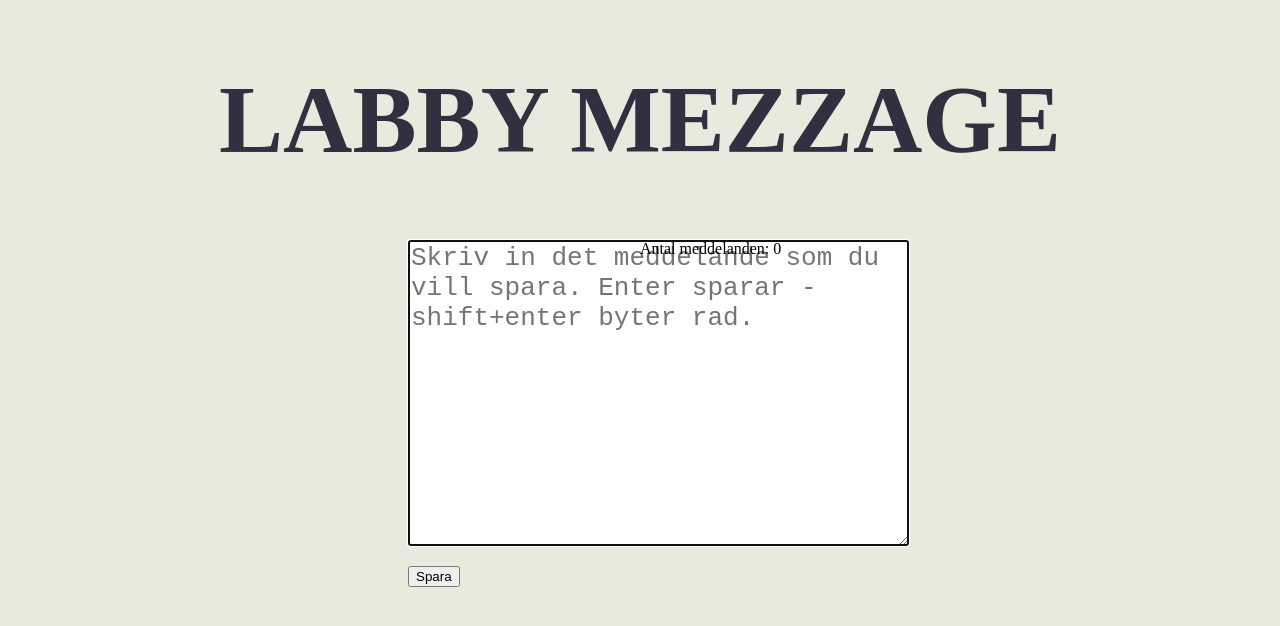
Repository: em222mt/1dv403-laborationer
Page: 2-labbymezzage/Index.html
The author's editor kept a record of every edit. The page is drawn from the files as they stood at one moment, then again after the next edit.
The browser window is 1280 px wide. The pictures show the whole page.

Above is the page before.

### 2-labbymezzage/Index.html
<!DOCTYPE html>
<html lang="sv">
<head>
	<meta charset="UTF-8" />
 	<title>Labby Mezzage</title>
    <link rel="stylesheet" href="css/style.css">
</head>
    <body>
        <header>
            <h1>LABBY MEZZAGE</h1>
        </header>

        <main>
            <div id="container">
                <section id="mainsection">
            		<form action="post" name="form">
                        <textarea id="formtext" cols="30" rows="10"></textarea>
                        <p id="value"></p>
                        <input id="send" type="button" value="Spara" />
                    </form>
                </section>
            </div>

            <div id="container2">
                <aside id="messagearea">

                </aside>
            </div>
            <div id="counterDiv">
                <p id="counter"></p>
            </div>
        </main>

    	<script src="js/Message.js"></script>
    	<script src="js/MessageBoard.js"></script>

    </body>
</html>

### 2-labbymezzage/css/style.css
/*Layout*/

article, aside, details, figcaption, figure,
footer, header, hgroup, main, menu, nav{

    background-color: #E8EADD;
}

/*Container*/

h1 {
    font-weight: bold;
    text-align: center;
    color: #332F40;
    font-size: 6em;
    font-family: Comic Sans, Comic Sans MS, cursive;
    text-decoration: uppercase;
}

body{
    background-color: #E8EADD;
}

#messagearea {
    float: left;
    background-color: white;
    width: 450px;
    min-height: 300px auto;

}

form{
    max-width: 50%;
}
#mainsection{
    max-width: 50%;
    margin: 0px 0px 0px 400px;
}
#container{
    float: left;
    width: 50%;
    height: 100%;
}
#container2{
    float: left;
    width: 50%;
}

#formtext{
    font-size: 2em;
}

.messageContainer{
    width: 98%;
    float: left;
    background-color: #A8C4B4;
    border: 1px solid black;
    margin: 3px 3px 3px 3px;
}

.textContainer{
    width: 85%;
    float: left;
    font-size: 1.2em;
}

.time{
    text-indent: 13px;
}

.detailsContainer{
    width: 15%;
    float: left;
    text-indent: 8px;
    font-size: 0.8em;
    margin-top: 10px;
}
.input{
    max-width: 85%;
    word-break: break-all;
    margin-left: 10px;
}

img{
    margin-right: 5px;
}

#count{

}

### 2-labbymezzage/js/Message.js
'use strict';
// Konstruktorfunktion för att skapa ett meddelandeobjekt.
function Message(message, date){

    this.getText = function(){
        return message;
    };

    this.setText = function(_text){
        message = _text;
    };

    this.getDate = function(){
        return date;
    };

    this.setDate = function(_date){
        date = _date;
    };
}
// Hämtar texten och ersätter </br> med \n.
Message.prototype.getHTMLText = function(){
    return this.getText().replace(/[\n\r]/g, "</br>");
};
// Hämtar tiden då ett meddelande skrevs...
Message.prototype.getDateText = function(){
    var now = this.getDate();
    var seconds = now.getSeconds();
    var minutes = now.getMinutes();
    var hours = now.getHours();
    //...och returnerar en formaterad sträng då sekunder och minuter är mindre än 10.
    return hours + ":" + (minutes < 10 ? '0' : '') + minutes + ":" + (seconds < 10 ? '0' : '') + seconds;

};
// Hämtar en tidsstämpel med datum och tid.
Message.prototype.getTimeDetails = function(){
    var date = this.getDate();
    var day = date.getDate();
    var month = date.getMonth();
    var year = date.getFullYear();

    return "Postat den " + year + "/" + (month + 1) + "/" + day + " " + this.getDateText();
};

### 2-labbymezzage/js/MessageBoard.js
'use strict';

var MessageBoard = {
    // Variabel för meddelanden
    messages: [],

    init: function(){
        // Anropar count och sätter räknaren till 0.
        MessageBoard.countMessages();
        // Förklarar sidan funktion för användaren.
        var textBox = document.getElementById("formtext");
        textBox.placeholder = "Skriv in det meddelande som du vill spara. Enter sparar - shift+enter byter rad.";
        // Skapar ett meddelande då Sparaknappen klickas.
        var submit = document.getElementById("send");
        submit.onclick = MessageBoard.createMessage;
        // Sätter en blinkande markör i textarean
        textBox.focus();
        // Skapar ett meddelande då entertangenten trycks.
        textBox.onkeypress = function(e){
		if(!e){ e=window.event; }
		    if(e.keyCode == 13 && !e.shiftKey){
		        e.preventDefault();
		        MessageBoard.createMessage();
		    }
        };
    },
    // Skapar ett meddelande om inte rutan är tom.
    createMessage: function(){
        if (document.getElementById("formtext").value === "") {
            return false;
        }
        var input = document.getElementById("formtext");
        MessageBoard.messages.push( new Message(input.value, new Date()) );
        MessageBoard.renderMessages();
    },

    // Rendera alla meddelanden
    renderMessages: function(){
        //Tar bort alla meddelanden och skriver ut dom igen.
        document.getElementById("messagearea").innerHTML = "";
        for (var i = 0; i < MessageBoard.messages.length; ++i){
        MessageBoard.renderMessage(i);
        }
        //Tömmer meddelanderutan och sätter en blinkande markör.
        document.form.formtext.value = "";
        document.form.formtext.focus();
    },
    // Skriver ut ett meddelande och skapar en struktur för style.css.
    renderMessage: function(messageID){

        var input = document.createElement("p");
        input.className = "input";
        input.innerHTML = MessageBoard.messages[messageID].getHTMLText();

        var textContainer = document.createElement("div");
        textContainer.className = ("textContainer");
        textContainer.appendChild(input);

        var time = document.createElement("p");
        time.className = "time";
        time.innerHTML = MessageBoard.messages[messageID].getDateText();

		var imageClock = document.createElement("a");
		imageClock.setAttribute("href", "#");
		imageClock.innerHTML = '<img src="pics/clock.png" title="Se när meddelandet skapades." alt="Clock" width="24px" height="24px" />';

		var imageRemove = document.createElement("a");
		imageRemove.setAttribute("href", "#");
		imageRemove.innerHTML = '<img src="pics/delete.png" title="Ta bort det här meddelandet." alt="Delete" width="24px" height="24px" />';

        var detailsContainer = document.createElement("div");
        detailsContainer.className = "detailsContainer";
		detailsContainer.appendChild(imageClock);
		detailsContainer.appendChild(imageRemove);
		detailsContainer.appendChild(time);

        var messageContainer = document.createElement("div");
        messageContainer.className = "messageContainer";
        messageContainer.appendChild(textContainer);
        messageContainer.appendChild(detailsContainer);

		var container = document.getElementById("messagearea");
		container.appendChild(messageContainer);

		MessageBoard.countMessages();

		// Gör bilderna klickbara.
		imageRemove.onclick = function(){
		    if (window.confirm("Vill du ta bort detta meddelande?")){
		    MessageBoard.removeMessage(messageID);
		    }
		};

		imageClock.onclick = function(){
		  MessageBoard.getTimestamp(messageID);
		};
    },
    // Raderar ett meddelande och sätter räknaren rätt.
    removeMessage: function(messageID){
        MessageBoard.messages.splice(messageID, 1);

        MessageBoard.countMessages();

        MessageBoard.renderMessages();
    },
    // Hämtar den exakt tiden då meddelandet skapades och visar det för användaren i en alertruta.
    getTimestamp: function(messageID){
        alert(MessageBoard.messages[messageID].getTimeDetails());
    },

    // Sätter räknare för antalet meddelanden
    countMessages: function(){
        var counter = document.getElementById("counter");
        counter.innerHTML = "Antal meddelanden: " + MessageBoard.messages.length;
    }

};

window.onload = MessageBoard.init;

After the next edit:
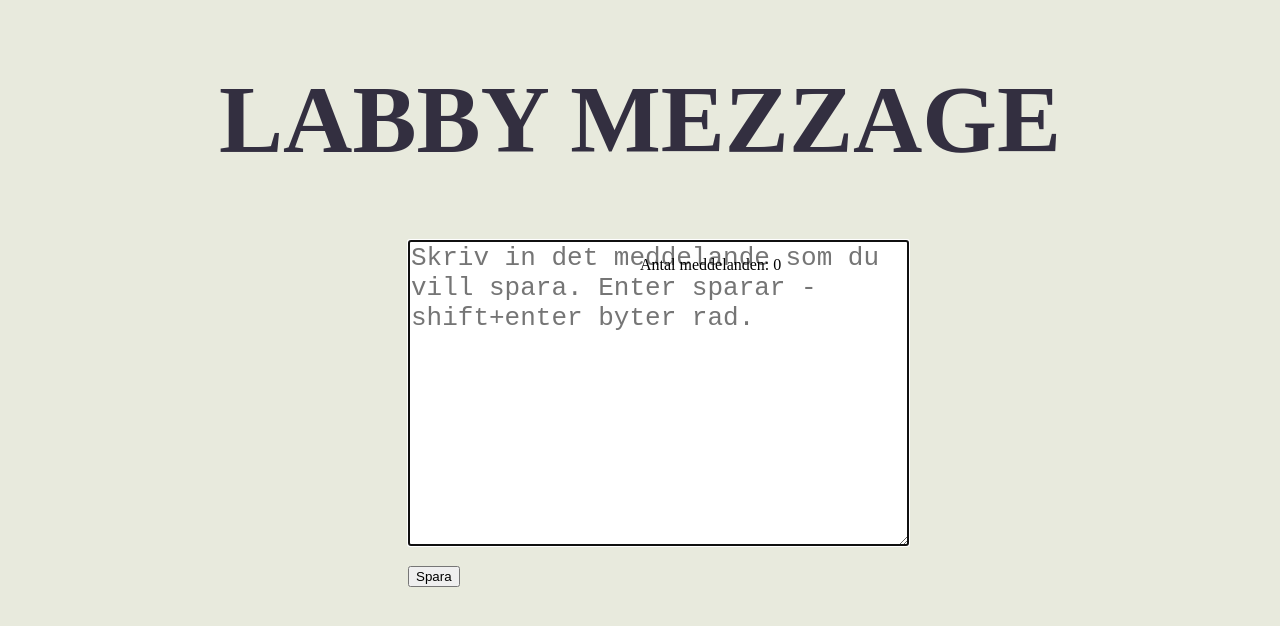
The edit:
--- a/2-labbymezzage/css/style.css
+++ b/2-labbymezzage/css/style.css
@@ -85,6 +85,9 @@
     margin-right: 5px;
 }
 
+#counterDiv{
+    float: left;
+}
 #count{
 
 }
